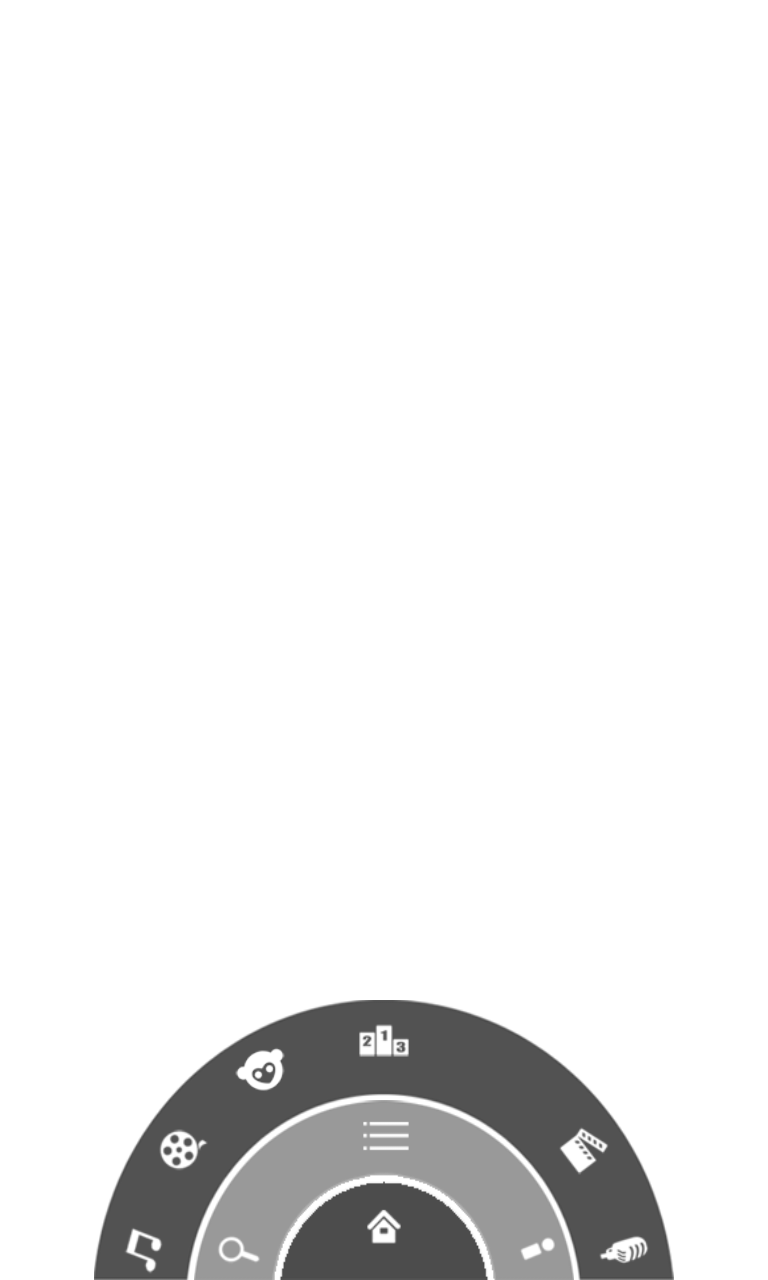
Repository: ASmouse/View
Layout: 02_UkuDemo14/res/layout/activity_main.xml
These files come from the project's save history. The layout is drawn as it stood at one moment and after the next save; the edit follows.
It is drawn on a 768 x 1280 px phone screen (xhdpi) without system bars, with theme AppTheme; the app's code is not run.

Above is the layout before, as saved 2015-10-24 03:11:32.

### 02_UkuDemo14/res/layout/activity_main.xml
<RelativeLayout xmlns:android="http://schemas.android.com/apk/res/android"
    xmlns:tools="http://schemas.android.com/tools"
    android:layout_width="match_parent"
    android:layout_height="match_parent"
    tools:context=".MainActivity" >

    <!-- uku菜单的第一层 -->

    <RelativeLayout
        android:layout_width="105dip"
        android:layout_height="50dip"
        android:layout_alignParentBottom="true"
        android:layout_centerHorizontal="true"
        android:background="@drawable/level1" >

        <!-- home键 -->

        <ImageView
            android:layout_width="wrap_content"
            android:layout_height="wrap_content"
            android:layout_centerHorizontal="true"
            android:layout_marginTop="3dip"
            android:src="@drawable/icon_home" />
    </RelativeLayout>

    <!-- uku菜单第二层 -->

    <RelativeLayout
        android:layout_width="190dip"
        android:layout_height="90dip"
        android:layout_alignParentBottom="true"
        android:layout_centerHorizontal="true"
        android:background="@drawable/level2" >

        <!-- 搜索 -->

        <ImageView
            android:layout_width="wrap_content"
            android:layout_height="wrap_content"
            android:layout_alignParentBottom="true"
            android:layout_marginLeft="8dip"
            android:src="@drawable/icon_search" />

        <!-- 菜单 -->

        <ImageView
            android:layout_width="wrap_content"
            android:layout_height="wrap_content"
            android:layout_centerHorizontal="true"
            android:layout_marginTop="3dip"
            android:src="@drawable/icon_menu" />

        <!-- 优酷菜单 -->

        <ImageView
            android:layout_width="wrap_content"
            android:layout_height="wrap_content"
            android:layout_alignParentBottom="true"
            android:layout_alignParentRight="true"
            android:layout_marginRight="3dip"
            android:layout_marginTop="3dip"
            android:src="@drawable/icon_myyouku" />
    </RelativeLayout>

    <!-- uku菜单第三层 -->

    <RelativeLayout
        android:layout_width="290dip"
        android:layout_height="140dip"
        android:layout_alignParentBottom="true"
        android:layout_centerHorizontal="true"
        android:background="@drawable/level3" >

        <!-- 第一个按钮 -->

        <ImageView
            android:id="@+id/channel1"
            android:layout_width="wrap_content"
            android:layout_height="wrap_content"
            android:layout_alignParentBottom="true"
            android:layout_marginLeft="10dip"
            android:src="@drawable/channel1" />

        <!-- 第四个按钮 -->

        <ImageView
            android:id="@+id/channel4"
            android:layout_width="wrap_content"
            android:layout_height="wrap_content"
            android:layout_centerHorizontal="true"
            android:layout_marginLeft="10dip"
            android:layout_marginTop="5dip"
            android:src="@drawable/channel4" />

        <!-- 第七个按钮 -->

        <ImageView
            android:id="@+id/channel7"
            android:layout_width="wrap_content"
            android:layout_height="wrap_content"
            android:layout_alignParentBottom="true"
            android:layout_alignParentRight="true"
            android:layout_marginLeft="10dip"
            android:layout_marginRight="10dip"
            android:layout_marginTop="5dip"
            android:src="@drawable/channel7" />

        <!-- 第二个按钮 -->

        <ImageView
            android:id="@+id/channel2"
            android:layout_width="wrap_content"
            android:layout_height="wrap_content"
            android:layout_above="@id/channel1"
            android:layout_marginBottom="20dip"
            android:layout_marginLeft="30dip"
            android:src="@drawable/channel2" />

        <!-- 第六个按钮 -->

        <ImageView
            android:id="@+id/channel6"
            android:layout_width="wrap_content"
            android:layout_height="wrap_content"
            android:layout_above="@id/channel7"
            android:layout_alignParentRight="true"
            android:layout_marginBottom="15dip"
            android:layout_marginRight="30dip"
            android:src="@drawable/channel6" />


         <!-- 第三个按钮 -->

        <ImageView
            android:layout_marginLeft="68dip"
            android:layout_width="wrap_content"
            android:layout_height="wrap_content"
            android:layout_above="@id/channel2"
       		android:layout_marginBottom="10dip"
            android:src="@drawable/channel3" />

         <!-- 第五个按钮 -->

        <ImageView
            android:layout_marginLeft="68dip"
            android:layout_width="wrap_content"
            android:layout_height="wrap_content"
            android:layout_above="@id/channel2"
       		android:layout_marginBottom="10dip"
            android:src="@drawable/channel3" />
    </RelativeLayout>

</RelativeLayout>

Loaded but not shown: 02_UkuDemo14/res/values/styles.xml (common file); 02_UkuDemo14/res/values-v11/styles.xml (common file); 02_UkuDemo14/res/values-v14/styles.xml (common file)

After the next save:
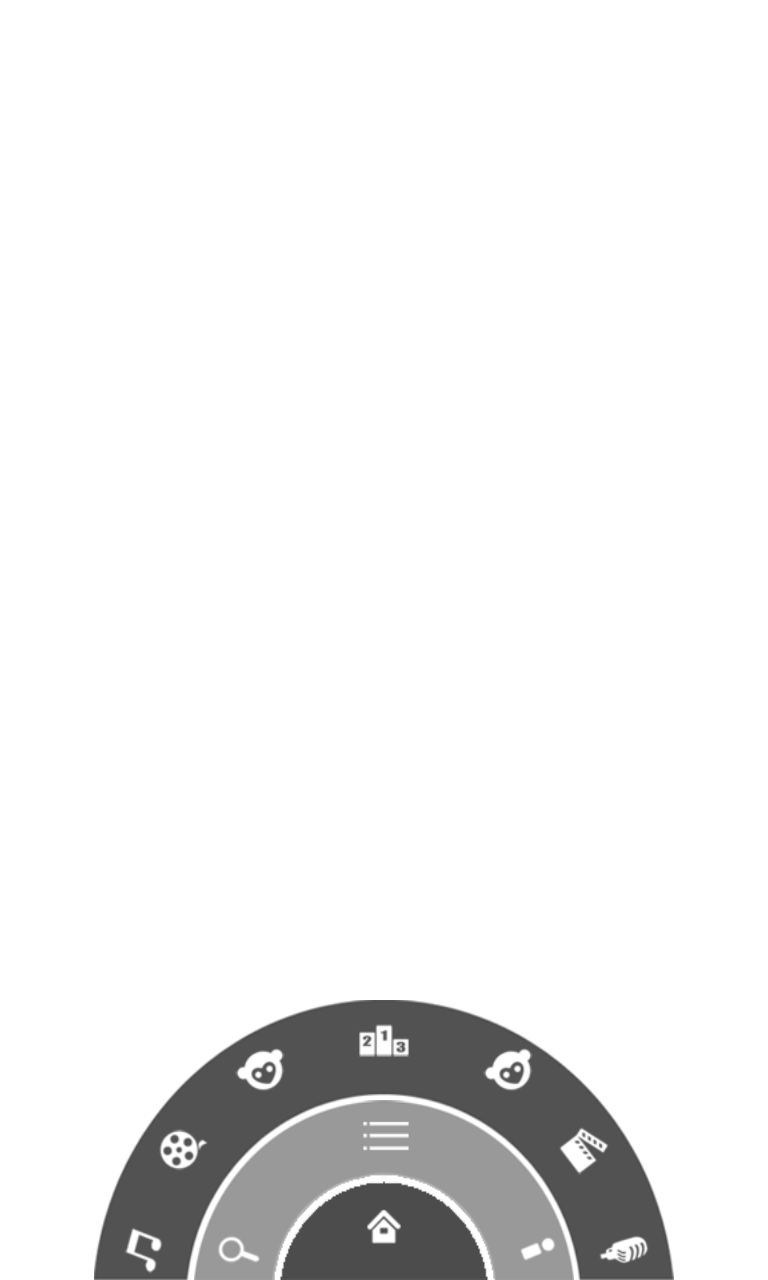
Saved 20 s later.
--- a/02_UkuDemo14/res/layout/activity_main.xml
+++ b/02_UkuDemo14/res/layout/activity_main.xml
@@ -142,10 +142,11 @@
          <!-- 第五个按钮 -->
 
         <ImageView
-            android:layout_marginLeft="68dip"
+            android:layout_alignParentRight="true"
+            android:layout_marginRight="68dip"
             android:layout_width="wrap_content"
             android:layout_height="wrap_content"
-            android:layout_above="@id/channel2"
+            android:layout_above="@id/channel6"
        		android:layout_marginBottom="10dip"
             android:src="@drawable/channel3" />
     </RelativeLayout>
